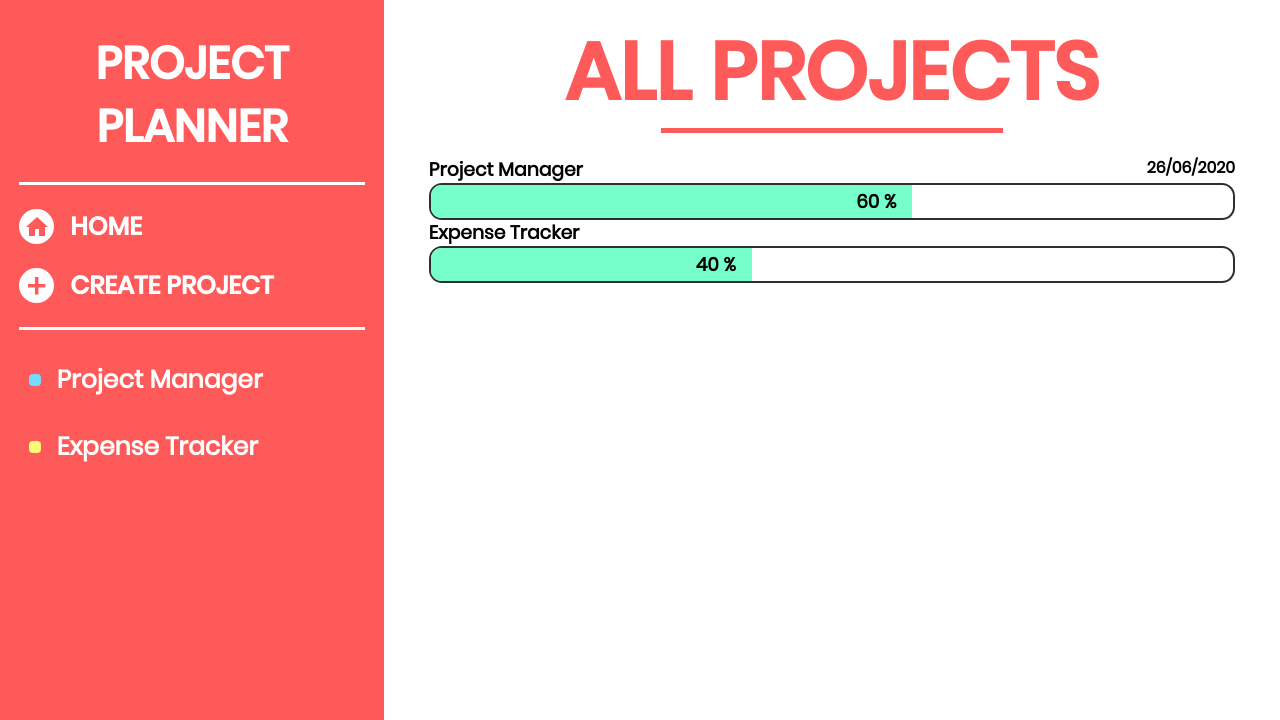
Repository: AzharMoosa/project-manager
Page: /
An editor plug-in stored every save of this project. The page is shown before and after the next save, followed by the edit.
The browser window is 1280 px wide. The pictures show the whole page.
The project was rebuilt for these pictures with package versions that can differ from the ones it lists, and the page was loaded fresh each time.

Above is the page before, as saved 2020-06-22 11:09:20.

After the next save:
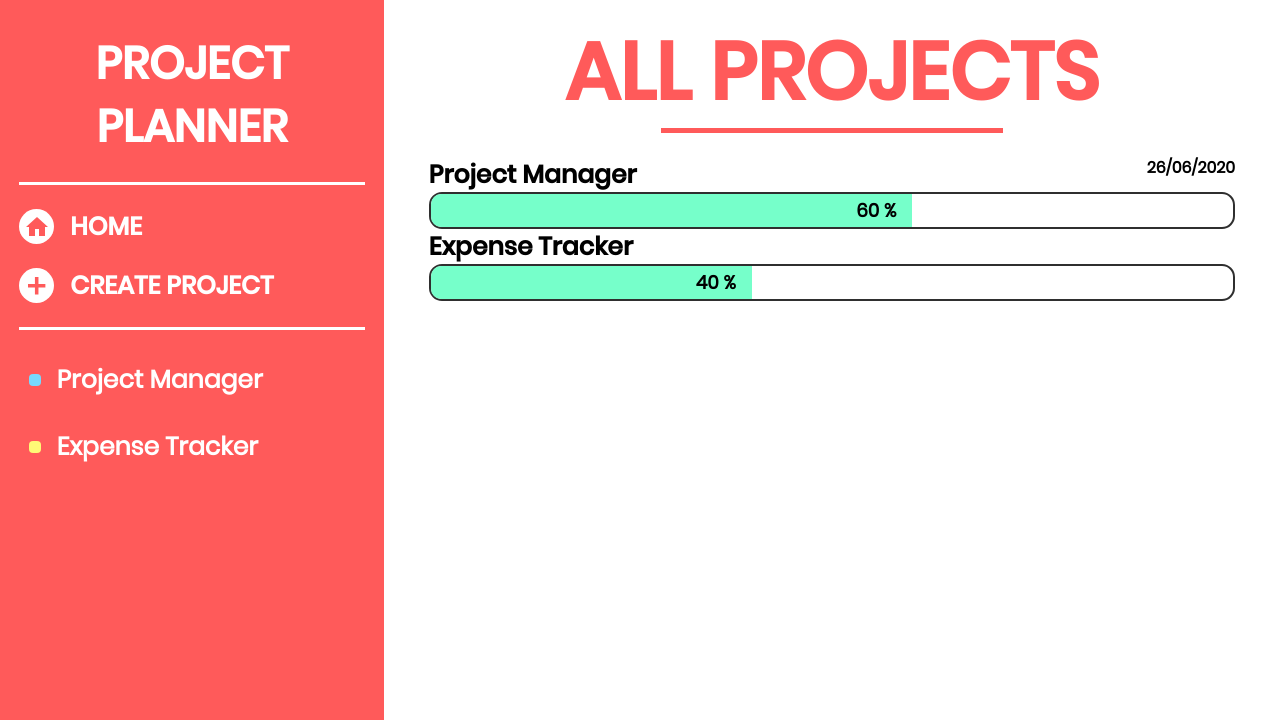
Saved 19 s later.
--- a/src/App.css
+++ b/src/App.css
@@ -184,3 +184,8 @@ body {
   display: flex;
   justify-content: space-between;
 }
+
+.project-title h3 {
+  font-size: 25px;
+  font-family: "Poppins-Med";
+}
